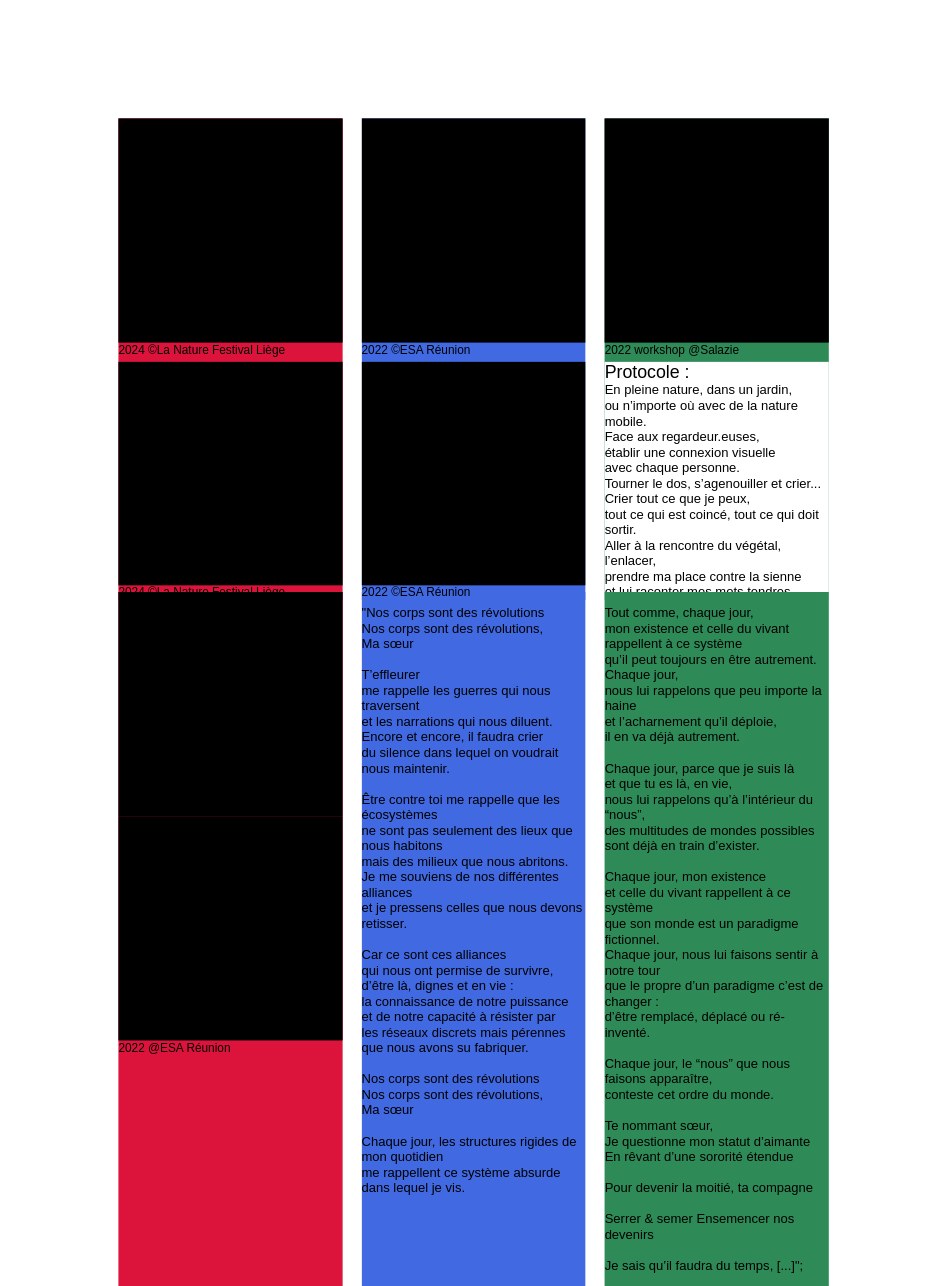
Repository: brunrhb/oce-p
Page: index.html
These files come from the project's save history. The page is drawn as it stood at one moment and after the next save; the edit follows.
The browser window is 1280 px wide. The pictures show the whole page, at 74% of full size.

Above is the page before, as saved 2025-06-07 02:13:18.

### index.html
<!DOCTYPE html>
<html lang="fr">
<head>
  <meta charset="UTF-8">
  <meta name="viewport" content="width=device-width, initial-scale=1.0">
  <title>Grid 3 colonnes avec placeholders</title>
  <link rel="stylesheet" href="styles.css">
  <script defer src="content.js"></script>
</head>
<body>



  <section PROJET1 LIASONS VEGETALES>

<div class="grid-p1s1" id="partie1">

<div class="col-p1s1-1">
  <div class="media-block-p1s1">
    <div class="placeholder-p1s1"></div>
    <p class="credit" data-content="p1s1-credit1"></p>
  </div>

  <div class="media-block-p1s1">
    <div class="placeholder-p1s1"></div>
    <p class="credit" data-content="p1s1-credit2"></p>
  </div>
</div>

    <div class="col-p1s1-2">
      <div class="media-block-p1s1">
        <div class="placeholder-p1s1"></div>
        <p class="credit" data-content="p1s1-credit3"></p>
      </div>
      <div class="media-block-p1s1">
        <div class="placeholder-p1s1"></div>
        <p class="credit" data-content="p1s1-credit4"></p>
      </div>
    </div>

    <div class="col-p1s1-3">
      <div class="media-block-p1s1">
        <div class="placeholder-p1s1"></div>
        <p class="credit" data-content="p1s1-credit5"></p>
      </div>
     <div class="text-block-p1s1">
       <p class="protocole-titre" data-content="p1s1-protocole-titre"></p>
       <p class="protocole-corps" data-content="p1s1-protocole-corps"></p>
    </div>

  </div>

</div>

<div class="grid-p1s1" id="partie2">

<div class="col-p1s1-1">
  <div class="media-block-p1s2">
    <div class="placeholder-p1s1"></div>
    <div class="placeholder-p1s1"></div>
    <p class="credit" data-content="p1s2-credit"></p>
 </div>
   </div>

  <div class="col-p1s1-2">
      <div class="text-block-p1s2">
        <p class="extrait" data-content="p1s2-extrait1"></p>
      </div>
  </div>

  <div class="col-p1s1-3">
      <div class="text-block-p1s2">
        <p class="extrait" data-content="p1s2-extrait2"></p>
      </div>

  </div>



</div>
  </section>

</body>
</html>

### styles.css
body {
  margin: 0;
  font-family: sans-serif;
}

/* #region PROJET1 LIASONS VEGETALES*/

/* #region slide1*/

/* 1 grille et colonnes */

.grid-p1s1 {
  display: grid;
  grid-template-columns: 1fr 1fr 1fr;
  height: calc(100vh - 20rem);
  padding-top: 10rem;
  padding-bottom: 5rem;
  padding-left:10rem ;
  padding-right:10rem ;
  column-gap: 2vw;
}

.col-p1s1-1 {
  display: flex;
  flex-direction: column;
  justify-content: flex-start;
  gap: 2vw;


  background-color: crimson;
}

.col-p1s1-2 {
  display: flex;
  flex-direction: column;
  justify-content: flex-start;
  gap: 2vw;

  background-color: royalblue;
}

.col-p1s1-3 {
  display: flex;
  flex-direction: column;
  justify-content: flex-start;
  gap: 2vw;

  background-color: seagreen;
}


/* 2 blocks et elements */

.media-block-p1s1 {
  display: block;
  width: 100%;
}

.placeholder-p1s1 {
  aspect-ratio: 1 / 1;
  width: 100%;
  background-color: black;
}

.credit {
  position: absolute;
  font-size: 1rem;
  line-height: 1.2;
  margin: 0;
  z-index: 10;

}

.text-block-p1s1 {
  display: flex;
  flex-direction: column;
  justify-content: flex-end;

  width: 100%;
  aspect-ratio: 1 / 1;
  background-color: white;

  padding: 0;
  margin: 0;
  gap: 0;
}

.protocole-titre {
  font-size: 1.5rem;
  margin: 0;
  padding: 0;
}

.protocole-corps {
  font-size: 1.1rem;
  margin: 0;
  padding: 0;
}

/* #endregion */


/* #region slide2*/

/* 1 grille et colonnes

grid-p1s1

col-p1s1-1 {
  display: flex;}

col-p1s1-2 {
  display: flex;}

col-p1s1-3 {
  display: flex;}

2 blocks et elements

placeholder-p1s1"v
credit v
*/

.col-p1s1-1 {
  display: flex;
  flex-direction: column;
  justify-content: flex-start;
  gap: 2vw;
}

.col-p1s1-2 {
  display: flex;}

.col-p1s1-3 {
  display: flex;}

.media-block-p1s2-1 {
  display: flex;
  flex-direction: column;
  gap: 2vw;
  position: relative;
  width: 100%;

}

.media-block-p1s2-2 {
  display: block;
  position: relative;
  width: 100%;

}

.text-block-p1s2 {
  gap: 0;
}

.extrait {
  font-size: 1.1rem;
}



/* #endregion */


/* #endregion */

### content.js
const content = {};

// #region PROJET1

// #region p1s1
content["p1s1-credit1"] = "2024 ©La Nature Festival Liège";
content["p1s1-credit2"] = "2024 ©La Nature Festival Liège";
content["p1s1-credit3"] = "2022 ©ESA Réunion";
content["p1s1-credit4"] = "2022 ©ESA Réunion";
content["p1s1-credit5"] = "2022 workshop @Salazie";

content["p1s1-protocole-titre"] = "Protocole :";
content["p1s1-protocole-corps"] = `
  En pleine nature, dans un jardin,<br>
  ou n’importe où avec de la nature mobile.<br>
  Face aux regardeur.euses,<br>
  établir une connexion visuelle<br>
  avec chaque personne.<br>
  Tourner le dos, s’agenouiller et crier...<br>
  Crier tout ce que je peux,<br>
  tout ce qui est coincé, tout ce qui doit sortir.<br>
  Aller à la rencontre du végétal, l’enlacer,<br>
  prendre ma place contre la sienne<br>
  et lui raconter mes mots tendres.
`;
// #endregion

// #region p1s2
content["p1s2-credit"] = "2022 @ESA Réunion";

content["p1s2-extrait1"] = `
  "Nos corps sont des révolutions<br>
Nos corps sont des révolutions,<br>
Ma sœur<br><br>

T’effleurer<br>
me rappelle les guerres qui nous traversent<br>
et les narrations qui nous diluent.<br>
Encore et encore, il faudra crier<br>
du silence dans lequel on voudrait nous maintenir.<br><br>

Être contre toi me rappelle que les écosystèmes<br>
ne sont pas seulement des lieux que nous habitons<br>
mais des milieux que nous abritons.<br>
Je me souviens de nos différentes alliances<br>
et je pressens celles que nous devons retisser.<br><br>

Car ce sont ces alliances<br>
qui nous ont permise de survivre,<br>
d’être là, dignes et en vie :<br>
la connaissance de notre puissance<br>
et de notre capacité à résister par<br>
les réseaux discrets mais pérennes<br>
que nous avons su fabriquer.<br><br>

Nos corps sont des révolutions<br>
Nos corps sont des révolutions,<br>
Ma sœur<br><br>

Chaque jour, les structures rigides de mon quotidien<br>
me rappellent ce système absurde dans lequel je vis.
 `;
content["p1s2-extrait2"] = `
Tout comme, chaque jour,<br>
mon existence et celle du vivant<br>
rappellent à ce système<br>
qu’il peut toujours en être autrement.<br>
Chaque jour,<br>
nous lui rappelons que peu importe la haine<br>
et l’acharnement qu’il déploie,<br>
il en va déjà autrement.<br><br>

Chaque jour, parce que je suis là<br>
et que tu es là, en vie,<br>
nous lui rappelons qu’à l’intérieur du “nous”,<br>
des multitudes de mondes possibles<br>
sont déjà en train d’exister.<br><br>

Chaque jour, mon existence<br>
et celle du vivant rappellent à ce système<br>
que son monde est un paradigme fictionnel.<br>
Chaque jour, nous lui faisons sentir à notre tour<br>
que le propre d’un paradigme c’est de changer :<br>
d’être remplacé, déplacé ou ré-inventé.<br><br>

Chaque jour, le “nous” que nous faisons apparaître,<br>
conteste cet ordre du monde.<br><br>

Te nommant sœur,<br>
Je questionne mon statut d’aimante<br>
En rêvant d’une sororité étendue<br><br>

Pour devenir la moitié, ta compagne<br><br>

Serrer & semer Ensemencer nos devenirs<br><br>

Je sais qu’il faudra du temps, [...]";
 `;
// #endregion

// #endregion


// #region injection
window.addEventListener("DOMContentLoaded", () => {
  Object.entries(content).forEach(([key, value]) => {
    const el = document.querySelector(`[data-content="${key}"]`);
    if (el) el.innerHTML = value;
  });
});
// #endregion

After the next save:
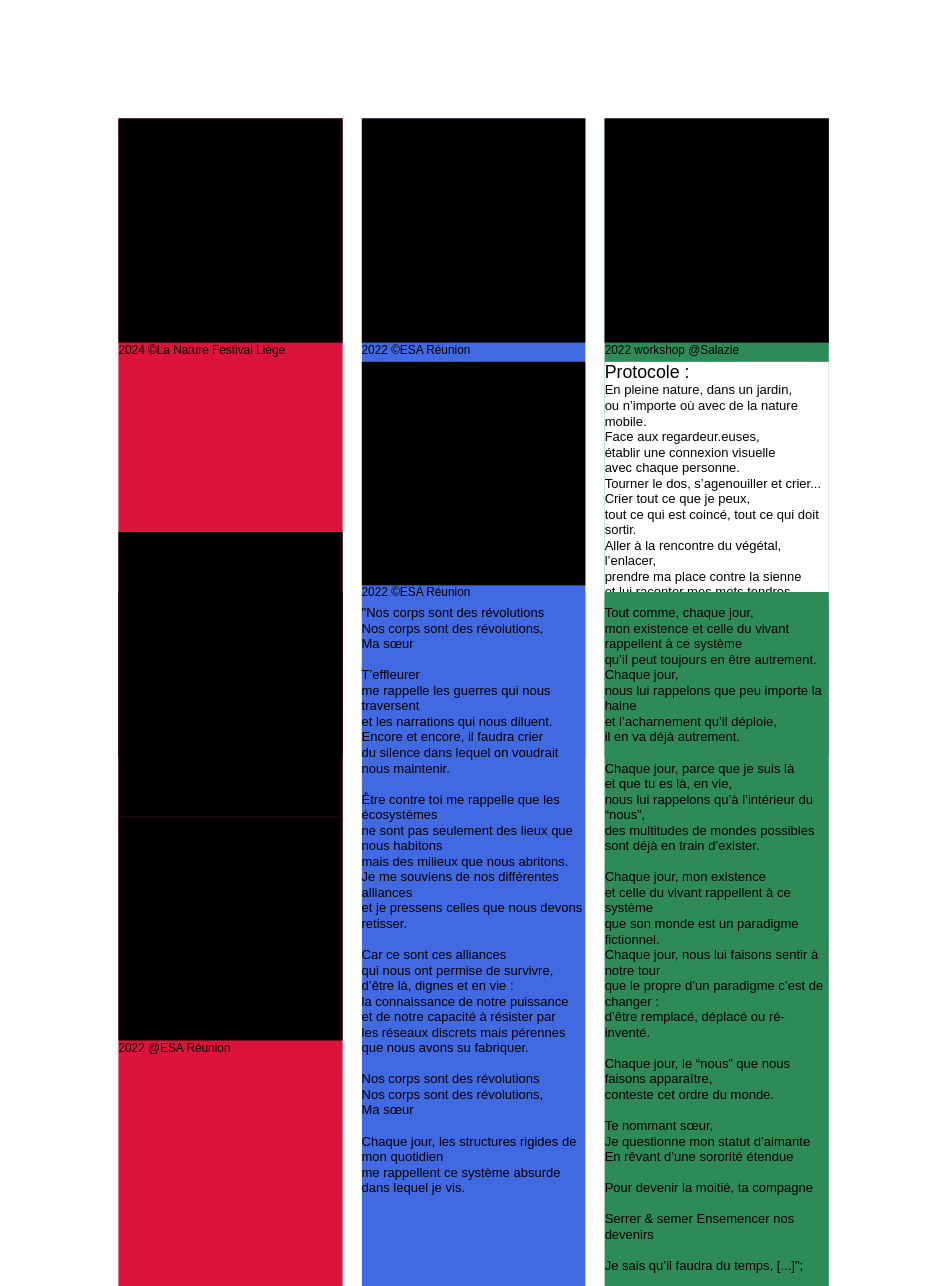
Saved 72 s later.
--- a/styles.css
+++ b/styles.css
@@ -125,7 +125,7 @@
   display: flex;
   flex-direction: column;
   justify-content: flex-start;
-  gap: 2vw;
+  gap: 20vw;
 }
 
 .col-p1s1-2 {

After the save that followed:
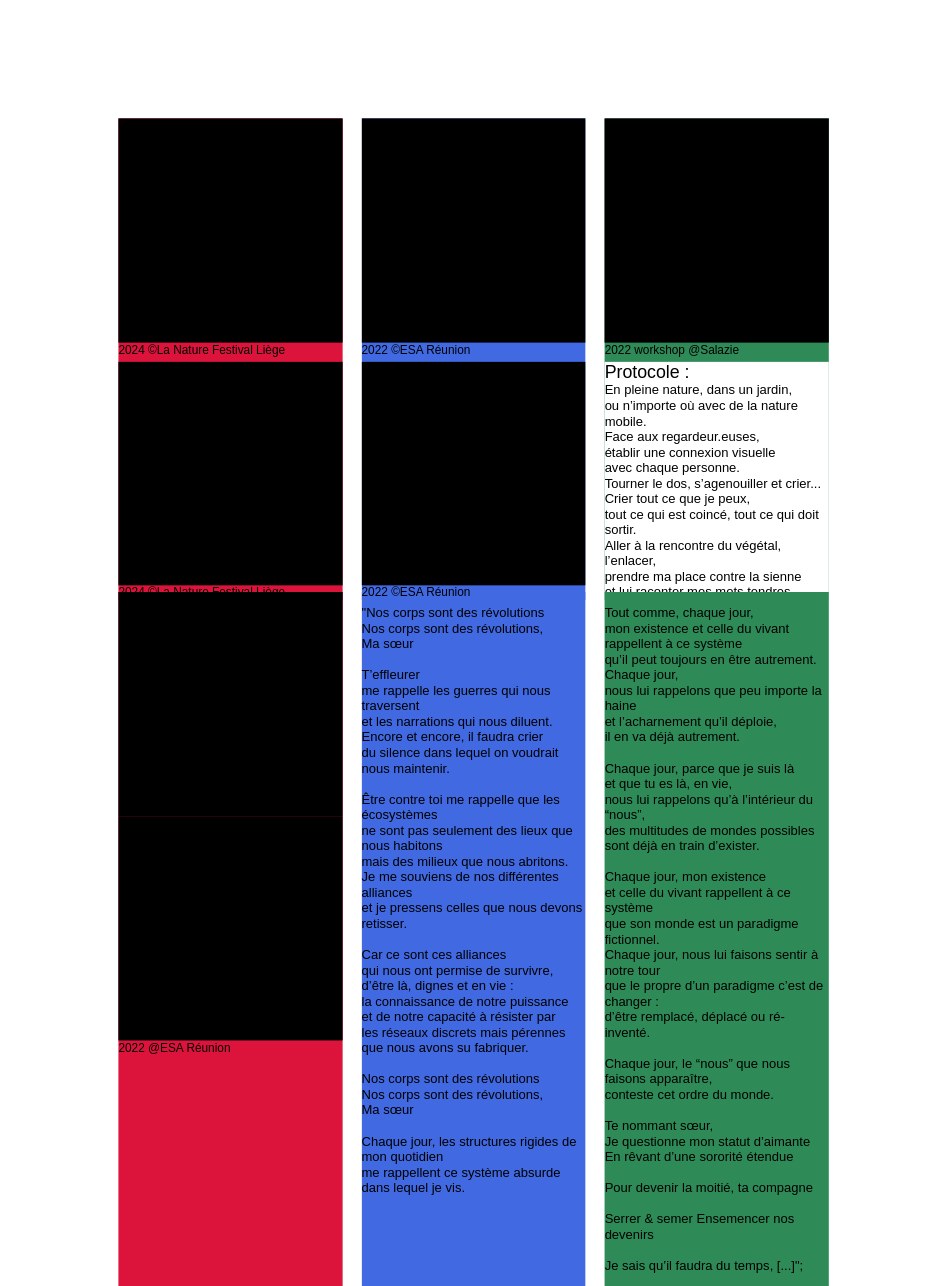
Saved 27 s later.
--- a/styles.css
+++ b/styles.css
@@ -121,17 +121,18 @@
 credit v
 */
 
-.col-p1s1-1 {
+.col-p1s2-1 {
   display: flex;
   flex-direction: column;
   justify-content: flex-start;
   gap: 20vw;
 }
 
-.col-p1s1-2 {
-  display: flex;}
+.col-p1s2-2 {
+  display: flex;
+}
 
-.col-p1s1-3 {
+.col-p1s2-3 {
   display: flex;}
 
 .media-block-p1s2-1 {
